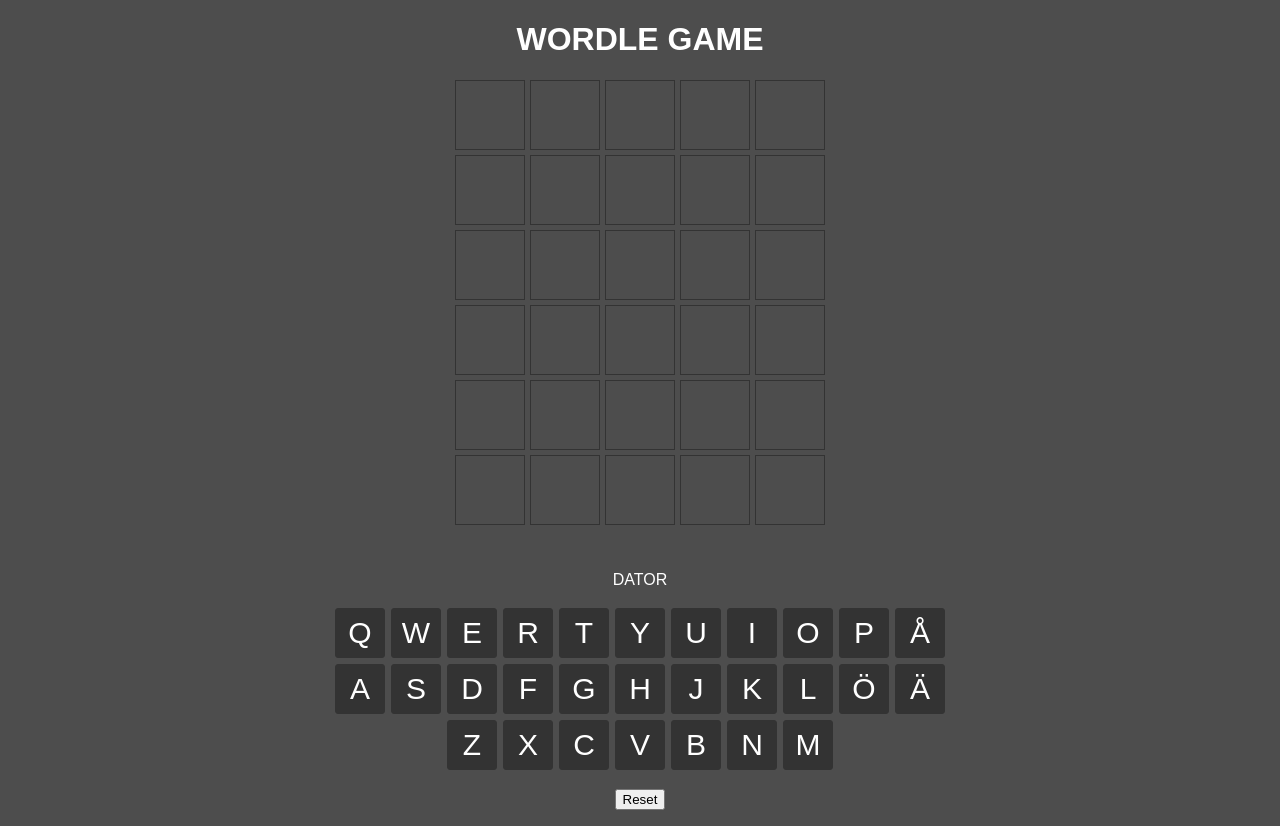
Repository: KarimIsaac/WorldeGame
Page: index.html
These files come from the project's save history. The page is drawn as it stood at one moment and after a run of saves; the edit follows.
The browser window is 1280 px wide. The pictures show the whole page.

Above is the page before, as saved 2022-03-13 07:03:22.

After the next 7 saves:
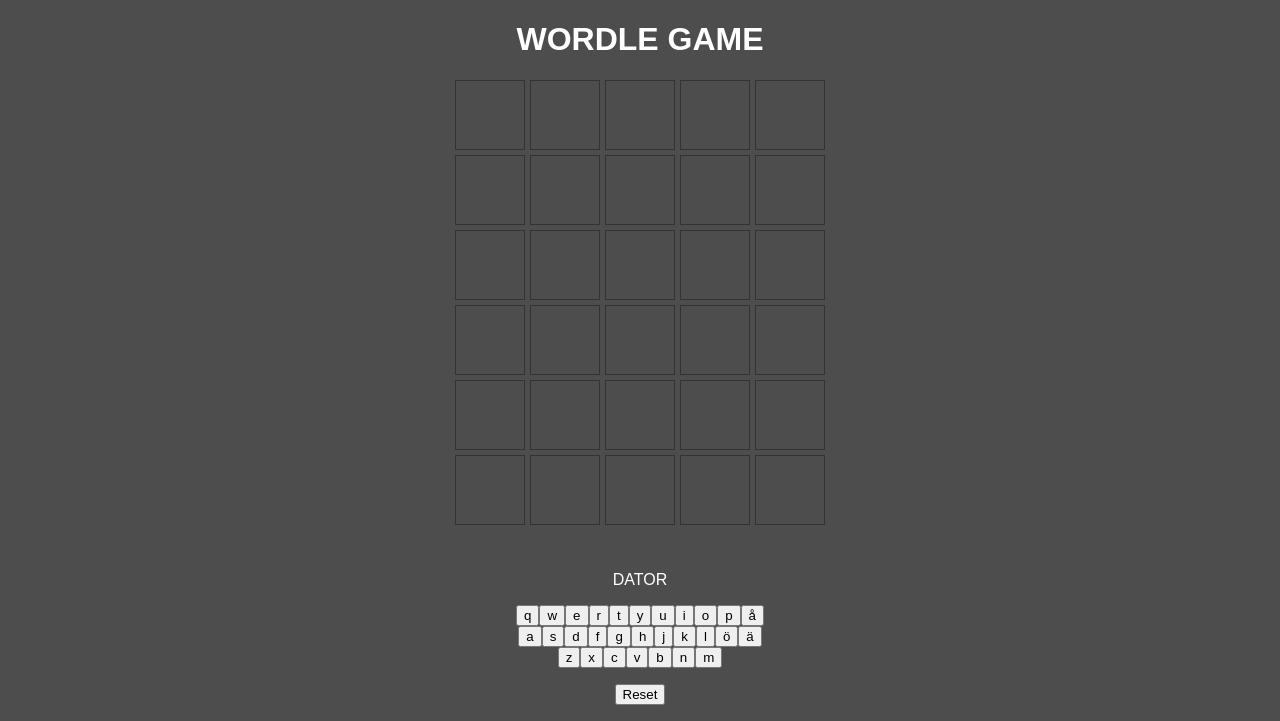
The 7 saves are shown as one change because they came seconds apart.
The last was saved 96 s later.
--- a/style.css
+++ b/style.css
@@ -22,7 +22,11 @@
   justify-content: center;
   font-size: 40px;
 }
+.answer(
 
+
+
+)
 #keyboard button {
   appearance: none;
   border: 1px solid #333;

After the save that followed:
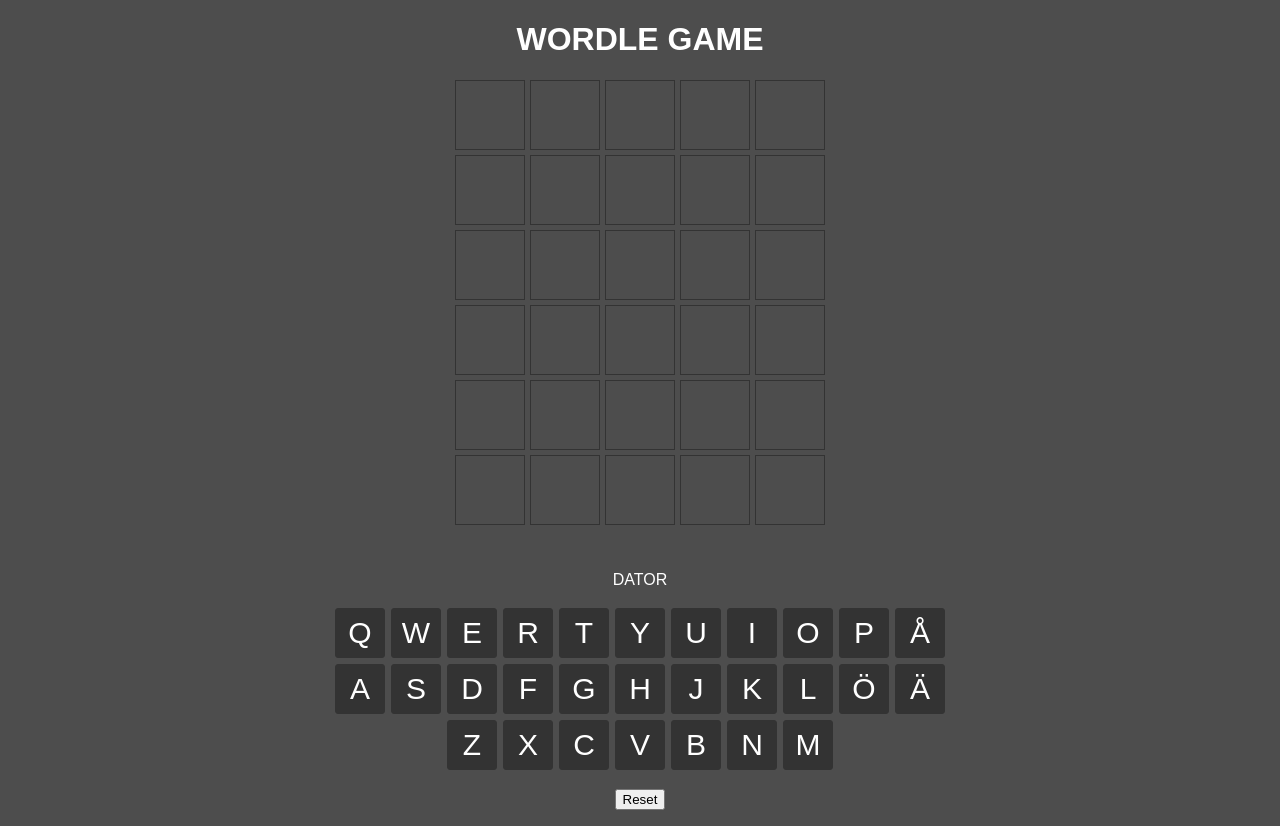
Saved 6 s later.
--- a/style.css
+++ b/style.css
@@ -22,11 +22,7 @@
   justify-content: center;
   font-size: 40px;
 }
-.answer(
 
-
-
-)
 #keyboard button {
   appearance: none;
   border: 1px solid #333;
